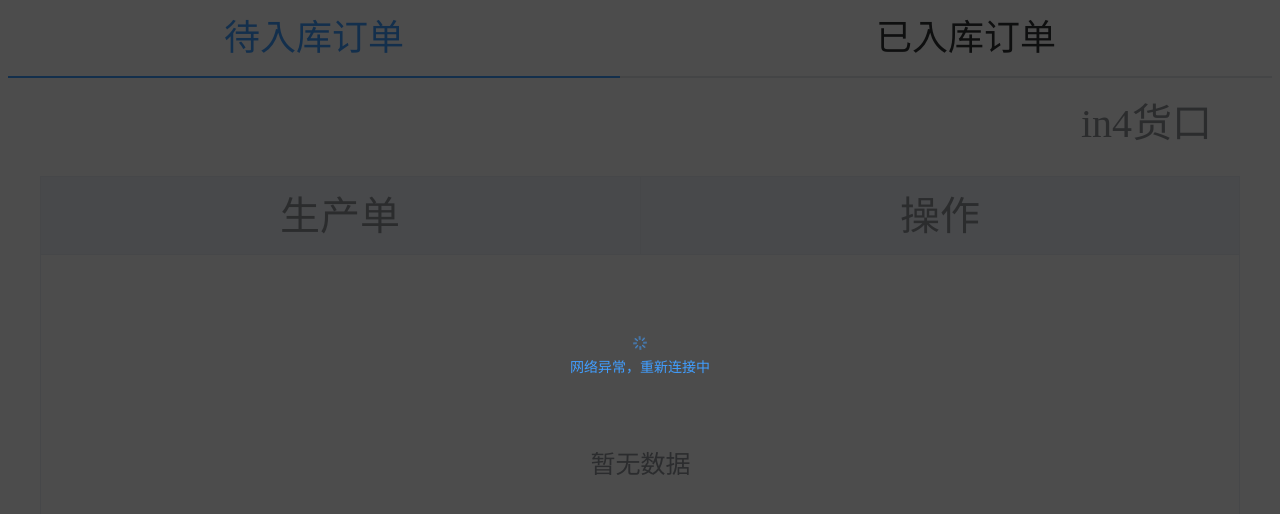
Repository: yaesass/yaesass
Page: /#/InStockDetail (app in scancode/)
These files come from the project's save history. The page is drawn as it stood at one moment and after the next save; the edit follows.
The browser window is 1280 px wide. The pictures show the whole page.
The page's requests for data from a server got no answer. The project was rebuilt for these pictures with package versions that can differ from the ones it lists, and the page was loaded fresh each time. No one was signed in, and anything a server would have sent is missing. Also part of the build but not shown: scancode/vue.config.js.

Above is the page before, as saved 2022-06-30 17:00:28.

### scancode/src/main.js
import Vue from 'vue'
import App from './App.vue'
import router from './router/index.js'

import ElementUI from 'element-ui';
import 'element-ui/lib/theme-chalk/index.css';

import axios from 'axios'
Vue.use(ElementUI);
Vue.config.productionTip = false
Vue.prototype.$axios = axios
new Vue({
  el: '#app',
  axios,
  router,
  render: h => h(App)
}).$mount('#app')

### scancode/src/App.vue
<template>
  <div id="app">
    <!-- Name {{ Name }} token {{ token }} Type {{ Type }} Remarks {{ Remarks }} -->
    <router-view></router-view>
  </div>
</template>
<script>
export default {
  name: "App",
  data() {
    return {
      // show: "",
      // activeName: "待生产订单",
      // list: [],
      // listLoading: true,
      // queryForm: {
      //   CurrentPage: 1,
      //   PageSize: 999999,
      // },
      // intervalId: null,
      // messageObj: "",
    };
  },
  created() {
    //获取winform数据
    let Name, token, Type, Remarks;
    // Name = this.getQueryString("Name");
    // token = "Bearer" + " " + this.getQueryString("token");
    // Type = this.getQueryString("DeliveryType");
    // Remarks = this.getQueryString("Remarks");
    token =
      "Bearer admin-accessToken-eyJ0eXAiOiJKV1QiLCJhbGciOiJIUzI1NiJ9.eyJpZCI6IkVBNDY5MDAwLUEwRTMtNDM2NS04OEU1LTYzNTk4MUQxNzM2NSIsIm5hbWUiOiLmiavnoIEifQ.ysDSnXIKlGLatjoH2wUIq0r65R8tv9DP_CH0vsOTbN0";
    Name = "in4";
    Type = "in";
    Remarks = "in4货口";
    if (Type == "in") {
      this.$router.push({
        name: "InStock",
        params: { Name, token, Type, Remarks },
      });
    } else {
      this.$router.push({
        name: "OutStock",
        params: { Name, token, Type, Remarks },
      });
    }
  },
  beforeDestroy() {
    // this.isDestroyed = true;
    // this.ws.close("测试");
  },
  methods: {
    //接收winform数据
    getQueryString(name) {
      var reg = new RegExp("(^|&)" + name + "=([^&]*)(&|$)");
      var r = window.location.search.substr(1).match(reg);
      if (r != null) return decodeURI(r[2]);
      return null;
    },
  },
};
</script>

### scancode/src/router/index.js
import Vue from 'vue'
import VueRouter from 'vue-router'
// import HomeView from '../views/mainPage/mainPage.vue'

Vue.use(VueRouter)

const routes = [
  {
    path: '/',
    name: 'home',
  },
  {
    path: '/InStock',
    name: 'InStock',
    // route level code-splitting
    // this generates a separate chunk (about.[hash].js) for this route
    // which is lazy-loaded when the route is visited.
    component: () => import(/* webpackChunkName: "about" */ '../views/InStock.vue')
  }, {
    path: '/InStockDetail',
    name: 'InStockDetail',
    // route level code-splitting
    // this generates a separate chunk (about.[hash].js) for this route
    // which is lazy-loaded when the route is visited.
    component: () => import(/* webpackChunkName: "about" */ '../views/InStockDetail.vue')
  }, {
    path: '/OutStock',
    name: 'OutStock',
    // route level code-splitting
    // this generates a separate chunk (about.[hash].js) for this route
    // which is lazy-loaded when the route is visited.
    component: () => import(/* webpackChunkName: "about" */ '../views/OutStock.vue')
  }
]



const router = new VueRouter({
  routes
})

export default router

### scancode/src/views/InStock.vue
<template>
  <el-tabs v-model="activeName" @tab-click="handleClick">
    <el-tab-pane label="待入库订单" class="counttable" name="待入库订单">
      <div class="count">
        <div class="counttxt">{{ Remarks }}</div>
      </div>
      <el-table
        :data="tableData"
        border
        :header-cell-style="{
          background: '#F2F6FC',
          height: '48px',
          color: '#909399',
          fontSize: '40px',
        }"
        style="width: 95%; margin: 40px auto 0 auto; font-size: 25px"
        :cell-style="totalcellcolor"
        height="500"
        :row-style="{ height: '48px' }"
      >
        <el-table-column align="center" label="生产单" width="600px">
          <template slot-scope="scope">
            <span v-html="scope.row.product"></span>
          </template>
        </el-table-column>
        <el-table-column align="center" label="操作">
          <template #default="{ row }">
            <el-button
              type="primary"
              round
              @click="ordercharge(row)"
              style="font-size: 20px"
            >
              入库
            </el-button>
          </template>
        </el-table-column>
      </el-table>
    </el-tab-pane>
    <el-tab-pane label="已入库订单" class="counttable" name="已入库订单">
      <el-table
        :data="tableData"
        border
        :header-cell-style="{
          background: '#F2F6FC',
          height: '48px',
          color: '#909399',
          fontSize: '40px',
        }"
        style="width: 95%; margin: 20px auto 0 auto; font-size: 25px"
        :cell-style="totalcellcolor"
        height="550"
        :row-style="{ height: '48px' }"
      >
        <el-table-column align="center" label="生产单">
          <template slot-scope="scope">
            <span v-html="scope.row.product"></span>
          </template>
        </el-table-column>
        <el-table-column align="center" prop="num" label="数量">
        </el-table-column>
        <el-table-column align="center" prop="time" label="时间">
        </el-table-column>
      </el-table>
    </el-tab-pane>
  </el-tabs>
</template>

<script>
export default {
  name: "InStock",
  data() {
    return {
      token: "",
      Name: "",
      Type: "",
      Remarks: "",
      activeName: "待入库订单",
      tableData: [], //列表数据
    };
  },
  created() {
    this.token = this.$route.params.token;
    this.Name = this.$route.params.Name;
    this.Type = this.$route.params.Type;
    this.Remarks = this.$route.params.Remarks;
    this.GetScanningOrder();

    // console.log("this.$route.params", this.$route.params);
  },
  mounted() {},

  destroyed() {
    // 在页面销毁
  },
  methods: {
    //选项卡
    handleClick(e) {
      console.log("点击tab", e.name);
      this.getlist(e.name);
    },

    //入库按钮
    ordercharge(row) {
      let that = this;

      this.$loading({
        lock: true,
        text: "请稍候...",
        spinner: "el-icon-loading",
        background: "rgba(0, 0, 0, 0.7)",
      });
      this.Ordername = row.product;
      that.$axios
        .post(
          "https://www.moondeity.com:8308/api/Areas/OrderInfo/EditOrderState",
          {
            OrderId: row.OrderId,
            StockType: that.Name,
            StockState: 1,
          },
          {
            headers: {
              Authorization: that.token,
            },
          }
        )
        .then(function (response) {
          //console.log('EditOrderStateresponse', response.data.msg)
          if (response.data.msg != "修改成功") {
            that.$loading().close();
            that.message(response.data.msg);
          }
          that.GetScanningOrder();
        })
        .catch(function (error) {
          console.log(error);
        });
    },

    //查询入库订单状态
    GetScanningOrder(e) {
      let that = this;
      that.$loading({
        lock: true,
        text: "请稍候...",
        spinner: "el-icon-loading",
        background: "rgba(0, 0, 0, 0.7)",
      });
      that.list = [];
      that.$axios
        .post(
          "https://www.moondeity.com:8308/api/Areas/OrderInfo/GetScanningOrder",
          {
            Type: that.Name,
          },
          {
            headers: {
              Authorization: that.token,
            },
          }
        )
        .then(function (response) {
          let reqdata = response.data.data;
          console.log("查询入库订单状态", reqdata.dt);
          if (reqdata.dt != "") {
            let { Name, token, Type, Remarks } = that;
            console.log("{ Name, token, Type, Remarks } ", {
              Name,
              token,
              Type,
              Remarks,
            });
            //有正在入库的订单
            that.$router.push({
              name: "InStockDetail",
              params: { Name, token, Type, Remarks },
            });
          } else {
            that.getlist("待入库订单"); //没有正在入库的订单
          }
          that.$loading().close();
        })
        .catch(function (error) {
          console.log("查询入库订单状态error", error);
          if (e != "err") {
            that.$loading().close();
          }
          that.$loading({
            lock: true,
            text: "网络异常，重新连接中",
            spinner: "el-icon-loading",
            background: "rgba(0, 0, 0, 0.7)",
          });
          setTimeout(() => {
            that.GetScanningOrder("err");
          }, 3000);
        });
    },

    //获取列表
    getlist(Type) {
      let that = this;
      this.tableData = [];
      let formData = {
        Type,
        PageSize: 999999,
        CurrentPage: 1,
        StockType: that.Name,
      };
      if (Type == "已入库订单") {
        formData.begintime = this.gettime();
        formData.endtime = this.gettime();
      }

      this.$axios
        .post(
          "https://www.moondeity.com:8308/api/Areas/OrderInfo/GetOrderList",
          formData,
          {
            headers: {
              Authorization: that.token,
            },
          }
        )
        .then(function (response) {
          // console.log("获取待入库订单列表", response.data.data.dt);
          let temp = response.data.data.dt,
            list = [];
          for (let i = 0; i in temp; i++) {
            list.push({
              product: temp[i].Remarks,
              OrderId: temp[i].Id,
            });
          }
          //console.log('list', list)
          that.tableData = list;
        })
        .catch(function (error) {
          console.log(error);
        });
    },
    //表格列颜色
    batchcellcolor({ row, column, rowIndex, columnIndex }) {
      row, column, rowIndex;
      if (columnIndex == 2) {
        return "color:red";
      }
    },
    totalcellcolor({ row, column, rowIndex, columnIndex }) {
      row, column, rowIndex;
      if (columnIndex == 1) {
        return "color:red";
      }
    },
    //当前日期
    gettime() {
      let yy = new Date().getFullYear();
      let mm = new Date().getMonth() + 1;
      let dd = new Date().getDate();
      return yy + "-" + mm + "-" + dd;
    },
    //弹窗提示
    message(msg) {
      //console.log('message')
      if (msg == "success") {
        msg = "成功";
      }
      const h = this.$createElement;
      let tempHtml = h(
        "p",
        {
          style:
            " width: 100%; display:flex;align-items: center;justify-content: space-between;",
        },
        [h("span", undefined, msg)]
      );
      if (msg.indexOf("成功") != "-1") {
        this.$message({
          dangerouslyUseHTMLString: true,
          duration: 2000,
          type: "success",
          message: tempHtml,
          customClass: "workShop_message",
        });
        return true;
      }
      if (msg == "网络连接失败") {
        this.$message({
          dangerouslyUseHTMLString: true,
          duration: 2000,
          type: "error",
          message: tempHtml,
          customClass: "workShop_message",
        });
        return false;
      } else {
        this.$message({
          dangerouslyUseHTMLString: true,
          duration: 2000,
          type: "error",
          message: tempHtml,
          customClass: "workShop_message",
        });
        return false;
      }
    },
  },
};
</script>

<style>
.el-table {
  width: 100%;
  display: flex;
  flex-direction: column;
}

.el-table__body-wrapper {
  flex: 1;
}

.el-tabs__nav {
  width: 100%;
}
.el-tabs__item {
  margin-top: 10px;
  width: 50%;
  height: 60px;
  text-align: center;
  font-size: 36px;
  font-weight: 300;
  letter-spacing: 0em;
}

.back {
  margin-top: -50px;
  margin-left: 750px;
}

.count {
  display: flex;
  justify-content: right;
  margin: 20px 60px 20px 0;
}

.count .counttxt {
  font-size: 40px;
  font-weight: normal;
  line-height: 24px;
  letter-spacing: 0px;
  color: #909399;
}

.counttable .el-table .cell {
  line-height: 50px;
  font-weight: 300;
}

.inzeroa {
  display: flex;
  width: 264px;
  height: 81px;
  border-radius: 15px;
  background: #d8d8d8;
}

.inzeroa .btntxt {
  margin: auto;
  font-size: 50px;
  font-weight: 300;
  color: #aaaaaa;
}

.inzero {
  display: flex;
  width: 264px;
  height: 81px;
  border-radius: 15px;
  background: #409eff;
}

.inzero .btntxt {
  margin: auto;
  font-size: 50px;
  font-weight: 300;
  color: #ffffff;
}

.zero {
  display: flex;
  margin: 34px auto;
  width: 264px;
  height: 81px;
  border-radius: 15px;
  background: #409eff;
}

.zero .btntxt {
  margin: auto;
  font-size: 50px;
  font-weight: 300;
  color: #ffffff;
}

.outhistory {
  display: flex;
  margin: 34px auto;
  width: 264px;
  height: 81px;
  border-radius: 15px;
  background: #409eff;
}

.outhistory .btntxt {
  margin: auto;
  font-size: 50px;
  font-weight: 300;
  color: #ffffff;
}

.workShop_message {
  width: 40%;
  font-size: 30px;
  color: #ff7d38;
}

.workShop_message .btn {
  padding: 5px 10px;
  cursor: pointer;
  background: #ffb89143;
  border: 2px solid #ffb89143;
  border-radius: 10px;
}
</style>

### scancode/src/views/InStockDetail.vue
<template>
  <div>
    <div class="orderName">{{ orderName }}</div>
    <el-table
      :data="list"
      border
      :header-cell-style="{
        background: '#F3F4F7',
        color: '#555',
        height: '97px',
      }"
      :cell-style="{ padding: '0px' }"
      :row-style="{ height: '97px' }"
      style="font-size: 50px; width: 910px; margin: 0 auto"
      ref="table"
      height="450"
    >
      <el-table-column label="商品名称" style="heihgt: 97px">
        <template slot-scope="scope">
          <span v-html="scope.row.name"></span>
        </template>
      </el-table-column>
      <el-table-column align="center" label="数量" width="323">
        <template slot-scope="scope">
          <div style="color: red">{{ scope.row.num }}</div>
        </template>
      </el-table-column>
    </el-table>
    <div
      style="display: flex; justify-content: space-between; margin: 50px 100px"
    >
      <div v-if="list == ''" class="inzeroa" @click="EditCloseOrderState()">
        <div class="btntxt">取消入库</div>
      </div>
      <div v-else class="inzeroa" @click="DelCodeOrder()">
        <div class="btntxt">回滚订单</div>
      </div>
      <div class="inzero" @click="finish()">
        <div class="btntxt">完成入库</div>
      </div>
    </div>
  </div>
</template>

<script>
export default {
  name: "InStock",
  data() {
    return {
      token: "",
      Name: "",
      Type: "",
      Remarks: "",
      orderName: "",
      list: [], //列表数据
      errMessage: "", //网络异常提示
      ws: "", //websocket
    };
  },
  created() {
    this.token = this.$route.params.token;
    this.Name = this.$route.params.Name;
    this.Type = this.$route.params.Type;
    this.Remarks = this.$route.params.Remarks;

    this.GetScanningOrder();

    // console.log("扫码页", this.$route.params);
  },
  mounted() {},

  destroyed() {
    // 页面销毁
  },
  methods: {
    //查询有没有正在扫码的订单
    GetScanningOrder(e) {
      let that = this;
      that.list = [];
      that.$axios
        .post(
          "https://www.moondeity.com:8308/api/Areas/OrderInfo/GetScanningOrder",
          {
            Type: that.Name,
          },
          {
            headers: {
              Authorization: that.token,
            },
          }
        )
        .then(function (response) {
          let reqdata = response.data.data;
          // console.log("查询入库订单状态", reqdata.dt);
          if (that.ws != "") {
            that.ws.onclose = function () {
              console.log("主动关闭websocket");
            };
            that.ws.close();
          }
          if (reqdata.dt != "") {
            if (reqdata.dt[0].RealQuantity > 0) {
              //显示已扫描数据
              let num = reqdata.dt[0].RealQuantity;
              let name = reqdata.dt[0].Remarks.split(">")[1].split("第")[0]; //截取remarks获得产品名
              that.list.push({
                id: reqdata.dt[0].ProductId,
                name,
                num,
              });
              console.log("表格list", that.list);
            }
            that.Id = reqdata.dt[0].Id;
            that.orderName = reqdata.dt[0].Remarks.replace("<br/>", "");
            that.start();
          } else {
            let { Name, token, Type, Remarks } = that;
            that.$router.push({
              name: "InStock",
              params: { Name, token, Type, Remarks },
            });
          }
        })
        .catch(function (error) {
          console.log("查询入库订单状态error", error);
          if (that.errMessage == "") {
            if (e == "err") {
              that.$loading().close();
            }
            that.$loading({
              lock: true,
              text: "网络异常，重新连接中",
              spinner: "el-icon-loading",
              background: "rgba(0, 0, 0, 0.7)",
            });
          }

          setTimeout(() => {
            that.GetScanningOrder("err");
          }, 3000);
        });
    },

    //开始websocket
    start() {
      this.$loading({
        lock: true,
        text: "正在与服务器连接...",
        spinner: "el-icon-loading",
        background: "rgba(0, 0, 0, 0.7)",
      });
      let webhttp = "ws://192.168.99.175:8383/" + this.Name;
      var that = this;
      if (window.WebSocket) {
        console.log("  that.ws ", that.ws);

        var wsImpl = window.WebSocket || window.MozWebSocket;
        that.ws = new wsImpl(webhttp);

        that.ws.onmessage = function (e) {
          console.log("Socket消息", e);
          if (e.data != "connect") {
            let temp = JSON.parse(e.data);
            console.log("websocket数据", temp);
            if (temp.code == 201) {
              const h = that.$createElement;
              let tempHtml = h(
                "p",
                {
                  style:
                    " width: 100%; display:flex;align-items: center;justify-content: space-between;",
                },
                [h("span", undefined, temp.msg)]
              );
              that.messageObj = that.$message({
                dangerouslyUseHTMLString: true,
                duration: 2000,
                type: "warning",
                message: tempHtml,
                customClass: "workShop_message",
              });
            }
            if (temp.code == 200) {
              let id = temp.data.Id,
                name = temp.data.Name;
              if (that.list.length == 0) {
                that.list.push({
                  id,
                  name,
                  num: 1,
                });
              } else {
                let key = false,
                  t;
                for (let i in that.list) {
                  if (id == that.list[i].id) {
                    key = true;
                    t = i;
                    that.list[i].num++;
                    break;
                  }
                }
                if (key) {
                  let temp = that.list[t];
                  that.list.splice(t, 1);
                  that.list.push(temp);
                } else {
                  that.list.push({
                    id,
                    name,
                    num: 1,
                  });
                }
              }
              // setTimeout(() => {
              //   that.$refs.table.bodyWrapper.scrollTop =
              //     that.$refs.table.bodyWrapper.scrollHeight;
              // }, 50);
            }
          }
        };
        that.ws.onopen = function () {
          that.message("连接成功");
          that.$loading().close();

          if (that.errMessage != "") {
            that.errMessage.close();
            that.errMessage = "";
          }
        };
        that.ws.onclose = function (e) {
          console.log("close", e);

          that.reconnect();
        };
        that.ws.error = function () {
          console.log("error");

          that.reconnect();
        };
      }
    },

    reconnect() {
      console.log("reconnect连接断开");

      if (this.errMessage == "") {
        this.$loading().close();
        this.$loading({
          lock: true,
          text: "网络异常，重新连接中...",
          spinner: "el-icon-loading",
          background: "rgba(0, 0, 0, 0.7)",
        });
        const h = this.$createElement;
        let tempHtml = h(
          "p",
          {
            style:
              " width: 100%; display:flex;align-items: center;justify-content: space-between;",
          },
          [h("span", undefined, "网络异常，重新连接中")]
        );
        this.errMessage = this.$message({
          dangerouslyUseHTMLString: true,
          duration: 0,
          type: "error",
          message: tempHtml,
          customClass: "workShop_message",
        });
      }
      var that = this;
      setTimeout(function () {
        that.GetScanningOrder();
      }, 5000);
    },

    //入库订单没有扫码的情况下取消
    EditCloseOrderState() {
      let that = this;
      that
        .$confirm("此操作将取消入库, 是否继续?", "提示", {
          confirmButtonText: "确定",
          cancelButtonText: "取消",
          type: "warning",
        })
        .then(() => {
          that.$axios
            .post(
              "https://www.moondeity.com:8308/api/Areas/OrderInfo/EditCloseOrderState",
              {
                OrderId: that.Id,
              },
              {
                headers: {
                  Authorization: that.token,
                },
              }
            )
            .then(function (response) {
              console.log("入库订单没有扫码的情况下取消", response.data.msg);
              that.message(response.data.msg);
              that.GetScanningOrder();
            })
            .catch(function (error) {
              console.log(error);
            });
        })
        .catch(() => {
          that.message("已取消关闭");
        });
    },

    //入库订单已经扫码的情况下回滚
    DelCodeOrder() {
      let that = this;
      that
        .$confirm("此操作将回滚订单且需重新扫描产品, 是否继续?", "提示", {
          confirmButtonText: "确定",
          cancelButtonText: "取消",
          type: "warning",
        })
        .then(() => {
          that.$axios
            .post(
              "https://www.moondeity.com:8308/api/Areas/OrderInfo/DelCodeOrder",
              {
                Id: that.Id,
              },
              {
                headers: {
                  Authorization: that.token,
                },
              }
            )
            .then(function (response) {
              console.log("入库订单已经扫码的情况下回滚", response.data.msg);
              that.GetScanningOrder();
            })
            .catch(function (error) {
              console.log("入库订单已经扫码的情况下回滚", error);
            });
        })
        .catch(() => {
          // that.message("已取消回滚");
        });
    },

    //完成入库按钮
    finish() {
      let that = this;

      this.$confirm("此操作将上传订单且无法修改, 是否继续?", "提示", {
        confirmButtonText: "确定",
        cancelButtonText: "取消",
        type: "warning",
      })
        .then(() => {
          this.$loading({
            lock: true,
            text: "请稍候...",
            spinner: "el-icon-loading",
            background: "rgba(0, 0, 0, 0.7)",
          });
          that.$axios
            .post(
              "https://www.moondeity.com:8308/api/Areas/OrderInfo/EditOrderState",
              {
                OrderId: that.Id,
                StockType: that.Name,
                StockState: 0,
              },
              {
                headers: {
                  Authorization: that.token,
                },
              }
            )
            .then(function (response) {
              //console.log('EditOrderStateresponse', response.data.msg)
              that.$loading().close();
              that.message(response.data.msg);
              that.GetScanningOrder();
            })
            .catch(function (error) {
              console.log(error);
            });
        })
        .catch(() => {});
    },

    //弹窗提示
    message(msg) {
      //console.log('message')
      if (msg == "success") {
        msg = "成功";
      }
      if (msg == "修改成功") {
        msg = "操作成功";
      }
      const h = this.$createElement;
      let tempHtml = h(
        "p",
        {
          style:
            " width: 100%; display:flex;align-items: center;justify-content: space-between;",
        },
        [h("span", undefined, msg)]
      );
      if (msg.indexOf("成功") != "-1") {
        this.$message({
          dangerouslyUseHTMLString: true,
          duration: 2000,
          type: "success",
          message: tempHtml,
          customClass: "workShop_message",
        });
        return true;
      } else {
        this.$message({
          dangerouslyUseHTMLString: true,
          duration: 2000,
          type: "error",
          message: tempHtml,
          customClass: "workShop_message",
        });
        return false;
      }
    },
  },
};
</script>

<style>
.orderName {
  width: 95%;
  margin: 30px auto;
  font-size: 36px;
  text-align: center;
  overflow: hidden;
  text-overflow: ellipsis;
  white-space: nowrap;
}

/* .el-table {
  width: 100%;
  display: flex;
  flex-direction: column;
} */

/* .el-table__body-wrapper {
  flex: 1;
}

.el-tabs__nav {
  width: 100%;
} */
/* .el-tabs__item {
  margin-top: 10px;
  width: 50%;
  height: 60px;
  text-align: center;
  font-size: 36px;
  font-weight: 300;
  letter-spacing: 0em;
} */
.el-table .cell {
  line-height: 50px;
  font-weight: 300;
}
.el-message-box {
  width: 75%;
}
.el-message-box__header,
.el-message-box__status {
  display: none;
}

.el-message-box__message {
  padding: 0 12px !important;
}

.el-message-box__message p {
  padding: 20px 0;
  font-size: 36px;
  line-height: 50px;
}

.el-message-box__btns button {
  margin-left: 40px !important;
  padding: 10px 30px;
  font-size: 36px;
  line-height: 50px;
}
</style>

Loaded but not shown: scancode/public/index.html (common file)

After the next save:
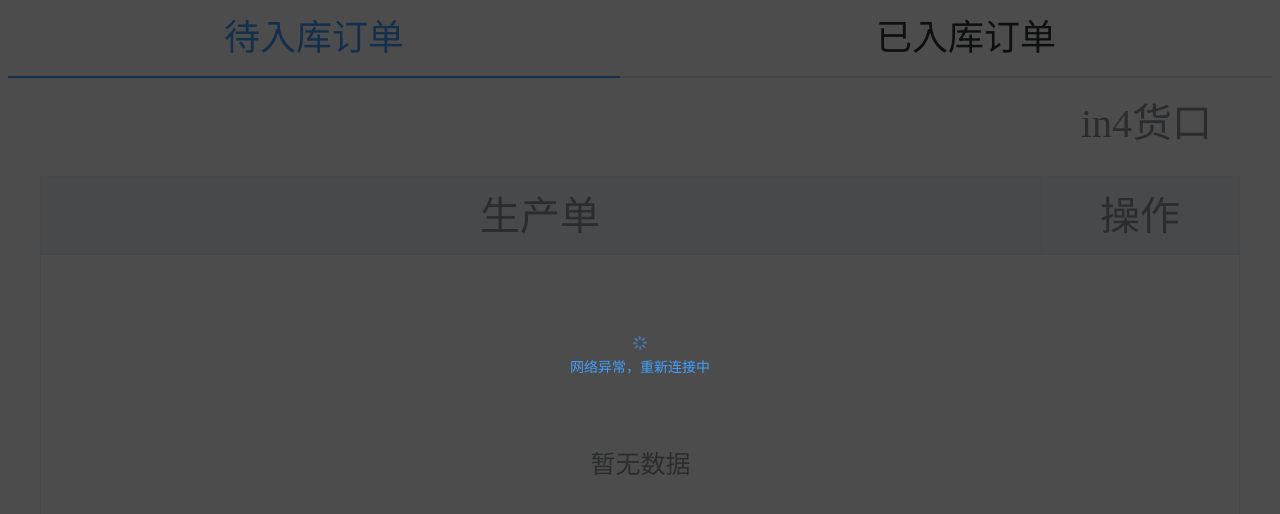
Saved 27 s later.
--- a/scancode/src/views/InStock.vue
+++ b/scancode/src/views/InStock.vue
@@ -18,12 +18,12 @@
         height="500"
         :row-style="{ height: '48px' }"
       >
-        <el-table-column align="center" label="生产单" width="600px">
+        <el-table-column align="center" label="生产单">
           <template slot-scope="scope">
             <span v-html="scope.row.product"></span>
           </template>
         </el-table-column>
-        <el-table-column align="center" label="操作">
+        <el-table-column align="center" label="操作" width="200px">
           <template #default="{ row }">
             <el-button
               type="primary"
